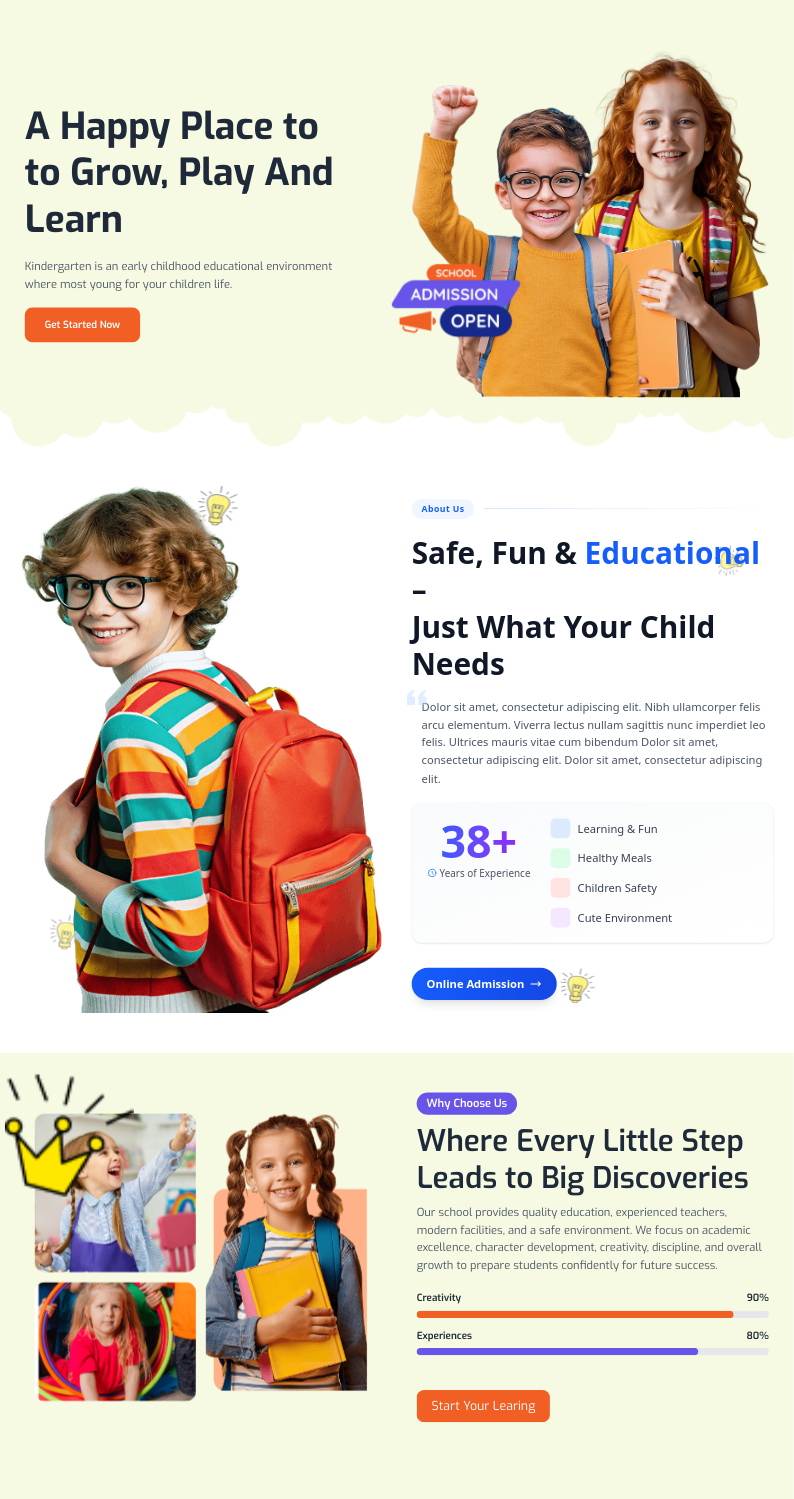
Repository: deepak445566/school
Page: / (app in okwork/)
These files come from the project's save history. The page is drawn as it stood at one moment and after the next save; the edit follows.
The browser window is 1280 px wide. The pictures show the whole page, at 62% of full size.
Some web fonts or font styles are not loaded; a fallback is used. The project was rebuilt for these pictures with package versions that can differ from the ones it lists, and the page was loaded fresh each time. Some packages were replaced by stand-ins written for this rebuild. Also part of the build but not shown: okwork/vite.config.js.

Above is the page before, as saved 2026-02-18 19:09:20.

### okwork/index.html
<!doctype html>
<html lang="en">
  <head>
    <meta charset="UTF-8" />
    <link rel="icon" type="image/svg+xml" href="/vite.svg" />
    <meta name="viewport" content="width=device-width, initial-scale=1.0" />
    <title>okwork</title>
    <link rel="preconnect" href="https://fonts.googleapis.com">
<link rel="preconnect" href="https://fonts.gstatic.com" crossorigin>
<link href="https://fonts.googleapis.com/css2?family=Abril+Fatface&family=Alan+Sans:wght@300..900&family=Big+Shoulders:opsz,wght@10..72,100..900&family=Exo+2:ital,wght@0,100..900;1,100..900&family=Exo:ital,wght@0,100..900;1,100..900&family=Montserrat:ital,wght@0,100..900;1,100..900&family=Orbitron:wght@400..900&family=Poppins:ital,wght@0,100;0,200;0,300;0,400;0,500;0,600;0,700;0,800;0,900;1,100;1,200;1,300;1,400;1,500;1,600;1,700;1,800;1,900&family=Prata&family=Rajdhani:wght@300;400;500;600;700&display=swap" rel="stylesheet">
  </head>
  <body>
    <div id="root"></div>
    <script type="module" src="/src/main.jsx"></script>
  </body>
</html>

### okwork/src/index.css
@import "tailwindcss";


.exo {
  font-family: "Exo", sans-serif;

  font-style: normal;
}

### okwork/src/App.jsx
import React from 'react'
import Home from './components/Home'
import About from './components/About'
import WhyChooseUs from './components/WhyChooseUs'

function App() {
  return (
    <>
    <Home/>
    <About/>
    <WhyChooseUs/>
    </>
  )
}

export default App

### okwork/src/components/Home.jsx
import React from "react";

const Home = () => {
  // Image URL - using a high-quality free image
  const imageUrl =
    "/images/hero1.png";
  const kalagiImageUrl = "/images/text.png";
  return (
    <div className="min-h-screen bg-[#F7FAE2] overflow-hidden exo relative ">
      {/* Main container - centered with responsive padding */}
      <div className="container mx-auto px-6 py-12 md:px-12 lg:px-10 min-h-screen flex items-center relative z-10">

        {/* Flex container: column on mobile, row on desktop */}
        <div className="flex flex-col md:flex-row items-center gap-12 lg:gap-5 w-full">

          {/* LEFT SECTION: 40% width */}
          <div className="w-full md:w-[45%] text-center md:text-left space-y-6 md:space-y-6">
            {/* Heading with gradient effect */}
            <h1 className="text-4xl text-gray-800 md:text-5xl lg:text-6xl font-bold leading-tight exo">
             A Happy Place to
              <br />
              <span className="text-gray-800">to Grow, Play And </span>
              <br />
              <span className="text-gray-800">   Learn</span>
            </h1>

            {/* Paragraph description */}
            <p className="text-lg md:text-lg text-gray-600 max-w-2xl mx-auto md:mx-0">
           Kindergarten is an early childhood educational environment where
most young for your children life.
            </p>

            {/* Button with hover effects */}
            <div className="flex justify-center md:justify-start">
              <button className="group relative px-8 py-4 bg-[#F15F25] text-white font-semibold rounded-xl float hover:shadow-xl hover:transform hover:-translate-y-1 transition-all duration-300 ease-in-out">
                <span className="relative z-10">Get Started Now</span>
              </button>
            </div>
          </div>

          {/* RIGHT SECTION: 60% width */}
          <div className="w-full md:w-[55%] flex justify-center md:justify-end">
            <div className="relative w-full max-w-md lg:max-w-xl ">
              {/* Main image */}
              <img
                src={imageUrl}
                alt="Team collaboration in modern workspace"
                className="relative z-10 w-full h-auto rounded-2xl object-cover "
              />
               <img
                src={kalagiImageUrl}
                alt="Decorative element"
                className="absolute bottom-0 left-7 lg:left-0 z-20 w-24 h-24 md:w-52 md:h-52 object-contain -translate-x-4 -translate-y-4 animate-bounce-slow"
              />
            </div>
          </div>
        </div>

      </div>
        <div className=" absolute bottom-0  z-1000">
          <img src="/images/hero-line.png" className="w-full"/>
        </div>

      {/* Add custom animation keyframes */}
       <style jsx>{`
        @keyframes blob {
          0% { transform: translate(0px, 0px) scale(1); }
          33% { transform: translate(30px, -50px) scale(1.1); }
          66% { transform: translate(-20px, 20px) scale(0.9); }
          100% { transform: translate(0px, 0px) scale(1); }
        }

        @keyframes float {
          0% {
            transform: translateY(0px);
          }
          50% {
            transform: translateY(-20px);
          }
          100% {
            transform: translateY(0px);
          }
        }

        @keyframes bounce-slow {
          0%, 100% {
            transform: translate(-1rem, -1rem) translateY(0);
          }
          50% {
            transform: translate(-1rem, -1rem) translateY(-20px);
          }
        }

        .animate-blob {
          animation: blob 7s infinite;
        }

        .animate-float {
          animation: float 6s ease-in-out infinite;
        }

        .animate-bounce-slow {
          animation: bounce-slow 4s ease-in-out infinite;
        }

        .animation-delay-2000 {
          animation-delay: 2s;
        }
      `}</style>
    </div>
  );
};

export default Home;

### okwork/src/components/About.jsx
import React from 'react';

// Import images at the top for easy path management


const About = () => {
  const bulbIcon =
    "/images/tubelight.png";
    const starIcon =
    "/images/tubelight.png";
    const aboutImage =
    "/images/about-1.png";
  return (
    <div className="max-w-7xl mx-auto px-4 sm:px-6 lg:px-8 py-12 md:py-16 relative">
      {/* Animated elements - increased size */}
      <div className="absolute top-20 left-1/4 animate-bounce">
        <img src={bulbIcon} alt="bulb" className="w-16 h-16 opacity-50" />
      </div>
      <div className="absolute bottom-20 right-1/4 animate-pulse">
        <img src={starIcon} alt="star" className="w-14 h-14 opacity-50" />
      </div>
      <div className="absolute top-40 right-20 animate-spin-slow">
        <img src={starIcon} alt="star" className="w-12 h-12 opacity-40" />
      </div>
      <div className="absolute bottom-40 left-20 animate-float">
        <img src={bulbIcon} alt="bulb" className="w-14 h-14 opacity-40" />
      </div>

      <div className="flex flex-col lg:flex-row gap-8 lg:gap-12 items-center relative z-10">
        {/* Left side - Image */}
        <div className="lg:w-1/2 w-full">
          <img
            src={aboutImage}
            alt="About Us"
            className="w-full h-auto rounded-lg object-cover "
          />
        </div>

        {/* Right side - Content */}
        <div className="lg:w-1/2 w-full space-y-6">
          {/* About Us Label with decorative line */}
          <div className="flex items-center gap-4">
            <span className="text-sm font-semibold text-blue-600 tracking-wider bg-blue-50 px-4 py-1.5 rounded-full">
              About Us
            </span>
            <div className="h-px flex-1 bg-gradient-to-r from-blue-200 to-transparent"></div>
          </div>

          {/* Main Heading */}
          <h1 className="font-helvetica text-4xl md:text-5xl font-bold text-gray-900 leading-tight">
            Safe, Fun & <span className="text-blue-600">Educational</span> –<br />
            Just What Your Child Needs
          </h1>

          {/* Description with quote icon */}
          <div className="relative">
            <svg className="absolute -top-4 -left-2 w-8 h-8 text-blue-200 opacity-50" fill="currentColor" viewBox="0 0 24 24">
              <path d="M14.017 21v-7.391c0-5.704 3.731-9.57 8.983-10.609l.995 2.151c-2.432.917-3.995 3.638-3.995 5.849h4v10h-9.983zm-14.017 0v-7.391c0-5.704 3.748-9.57 9-10.609l.996 2.151c-2.433.917-3.996 3.638-3.996 5.849h3.983v10h-9.983z" />
            </svg>
            <p className="text-gray-600 text-base md:text-lg leading-relaxed pl-4">
              Dolor sit amet, consectetur adipiscing elit. Nibh ullamcorper felis arcu elementum.
              Viverra lectus nullam sagittis nunc imperdiet leo felis. Ultrices mauris vitae cum
              bibendum Dolor sit amet, consectetur adipiscing elit. Dolor sit amet, consectetur
              adipiscing elit.
            </p>
          </div>

          {/* Stats and Features - Improved UI */}
          <div className="bg-gradient-to-br from-gray-50 to-white p-6 rounded-2xl border border-gray-100 shadow-sm">
            <div className="flex flex-wrap items-start gap-8">
              {/* Left side - 38+ Experience with improved styling */}
              <div className="flex-shrink-0 text-center">
                <div className="text-6xl md:text-7xl font-bold text-transparent bg-clip-text bg-gradient-to-r from-blue-600 to-purple-600">
                  38+
                </div>
                <div className="text-gray-600 mt-1 font-medium flex items-center gap-1">
                  <svg className="w-4 h-4 text-blue-500" fill="none" stroke="currentColor" viewBox="0 0 24 24">
                    <path strokeLinecap="round" strokeLinejoin="round" strokeWidth={2} d="M12 8v4l3 3m6-3a9 9 0 11-18 0 9 9 0 0118 0z" />
                  </svg>
                  Years of Experience
                </div>
              </div>

              {/* Right side - Features list with improved styling */}
              <div className="space-y-4 flex-1">
                {/* Learning & Fun */}
                <div className="flex items-center gap-3 group hover:translate-x-1 transition-transform duration-300">
                  <div className="w-8 h-8 bg-blue-100 rounded-lg flex items-center justify-center group-hover:bg-blue-200 transition-colors">

                  </div>
                  <span className="text-gray-700 text-lg font-medium">Learning & Fun</span>
                </div>

                {/* Healthy Meals */}
                <div className="flex items-center gap-3 group hover:translate-x-1 transition-transform duration-300">
                  <div className="w-8 h-8 bg-green-100 rounded-lg flex items-center justify-center group-hover:bg-green-200 transition-colors">

                  </div>
                  <span className="text-gray-700 text-lg font-medium">Healthy Meals</span>
                </div>

                {/* Children Safety */}
                <div className="flex items-center gap-3 group hover:translate-x-1 transition-transform duration-300">
                  <div className="w-8 h-8 bg-red-100 rounded-lg flex items-center justify-center group-hover:bg-red-200 transition-colors">

                  </div>
                  <span className="text-gray-700 text-lg font-medium">Children Safety</span>
                </div>

                {/* Cute Environment */}
                <div className="flex items-center gap-3 group hover:translate-x-1 transition-transform duration-300">
                  <div className="w-8 h-8 bg-purple-100 rounded-lg flex items-center justify-center group-hover:bg-purple-200 transition-colors">

                  </div>
                  <span className="text-gray-700 text-lg font-medium">Cute Environment</span>
                </div>
              </div>
            </div>
          </div>

          {/* Online Admission Link with improved styling */}
          <div className="pt-4">
            <a
              href="#"
              className="inline-flex items-center gap-2 text-lg font-semibold text-white bg-gradient-to-r from-blue-600 to-blue-700 hover:from-blue-700 hover:to-blue-800 px-6 py-3 rounded-full shadow-lg hover:shadow-xl transition-all duration-300 group"
            >
              Online Admission
              <svg className="w-5 h-5 group-hover:translate-x-1 transition-transform" fill="none" stroke="currentColor" viewBox="0 0 24 24">
                <path strokeLinecap="round" strokeLinejoin="round" strokeWidth={2} d="M17 8l4 4m0 0l-4 4m4-4H3" />
              </svg>
            </a>
          </div>
        </div>
      </div>

      {/* Add custom animations to your global CSS */}
      <style jsx>{`
        @keyframes spin-slow {
          from {
            transform: rotate(0deg);
          }
          to {
            transform: rotate(360deg);
          }
        }
        .animate-spin-slow {
          animation: spin-slow 8s linear infinite;
        }

        @keyframes float {
          0%, 100% {
            transform: translateY(0px);
          }
          50% {
            transform: translateY(-20px);
          }
        }
        .animate-float {
          animation: float 5s ease-in-out infinite;
        }
      `}</style>
    </div>
  );
};

export default About;

### okwork/src/components/WhyChooseUs.jsx
import React from "react";

const WhyChooseUs = () => {
  return (
    <div className="min-h-screen bg-[#F7FAE2] overflow-hidden exo py-16">
      <div className="container mx-auto px-6 md:px-12 lg:px-10">

        {/* Flex container: column on mobile, row on desktop */}
        <div className="flex flex-col md:flex-row items-center gap-12 lg:gap-16">

          {/* LEFT SECTION - Pinterest style 3 images */}
          <div className="w-full md:w-1/2 relative">
            <div className="grid grid-cols-2 gap-4 lg:p-4">
              {/* Left column - 2 images stacked */}
              <div className="space-y-4">
                {/* Top left image */}
                <div className="relative overflow-hidden rounded-2xl transition-all duration-300 transform hover:-translate-y-1">
                  <img
                    src="/images/choose2.jpg" // Replace with your image path
                    alt="Pinterest style 1"
                    className="w-full h-64 object-cover"
                  />
                </div>

                {/* Bottom left image */}
                <div className="relative overflow-hidden rounded-2xl transition-all duration-300 transform hover:-translate-y-1">
                  <img
                    src="/images/choose1.png" // Replace with your image path
                    alt="Pinterest style 2"
                    className="w-full h-48 object-cover"
                  />
                </div>
              </div>

              {/* Right column - 1 tall image */}
              <div className="relative overflow-hidden rounded-2xl transition-all duration-300 transform hover:-translate-y-1 ">
                <img
                  src="/images/choose3.png" // Replace with your image path
                  alt="Pinterest style 3"
                  className="w-full h-[28rem] object-cover"
                />
              </div>
            </div>
            <div>
             <img
                src="/images/coun-shape.png"
                alt="Decorative element"
                className="absolute top-0 left-7 lg:left-0 z-20 w-24 h-24 md:w-52 md:h-52 object-contain -translate-x-4 -translate-y-4 animate-bounce-slow "
              />
            </div>
          </div>

          {/* RIGHT SECTION - Content (same as before) */}
          <div className="w-full md:w-1/2 space-y-3 exo">
            {/* Small heading */}
            <h2 className="text-white bg-[#6754E9] rounded-4xl w-fit  text-lg  px-4  py-1 font-semibold ">
              Why Choose Us
            </h2>

            {/* Main heading */}
            <h1 className="text-3xl md:text-4xl lg:text-5xl font-semibold text-gray-800 leading-tight">
              Where Every Little Step <br />
              Leads to Big Discoveries
            </h1>

            {/* Description */}
            <p className="text-gray-600 text-base md:text-lg max-w-2xl ">
             Our school provides quality education, experienced teachers, modern facilities, and a safe environment. We focus on academic excellence, character development, creativity, discipline, and overall growth to prepare students confidently for future success.
            </p>

            {/* Early Learning section */}
            <div className="space-y-4 pt-4">


              {/* Progress bars */}
              <div className="space-y-4 pt-">
                {/* Creativity */}
                <div className="space-y-2">
                  <div className="flex justify-between items-center">
                    <span className="text-gray-800 font-semibold">Creativity</span>
                    <span className="text-gray-800 font-semibold">90%</span>
                  </div>
                  <div className="w-full h-3 bg-gray-200 rounded-full overflow-hidden">
                    <div
                      className="h-full bg-[#F15F25] rounded-full"
                      style={{ width: '90%' }}
                    ></div>
                  </div>
                </div>

                {/* Experiences */}
                <div className="space-y-2">
                  <div className="flex justify-between items-center">
                    <span className="text-gray-800 font-semibold">Experiences</span>
                    <span className="text-gray-800 font-semibold">80%</span>
                  </div>
                  <div className="w-full h-3 bg-gray-200 rounded-full overflow-hidden">
                    <div
                      className="h-full bg-[#6754E9] rounded-full"
                      style={{ width: '80%' }}
                    ></div>
                  </div>
                </div>
              </div>
               <button className="group relative px-6 py-3 bg-[#F15F25] text-xl text-white  rounded-xl float hover:shadow-xl hover:transform hover:-translate-y-1 transition-all duration-300 ease-in-out mt-10">
                <span className="relative z-10">Start Your Learing</span>
              </button>
            </div>
          </div>
        </div>

      </div>
    </div>
  );
};

export default WhyChooseUs;

Loaded but not shown: okwork/src/main.jsx (common file)

After the next save:
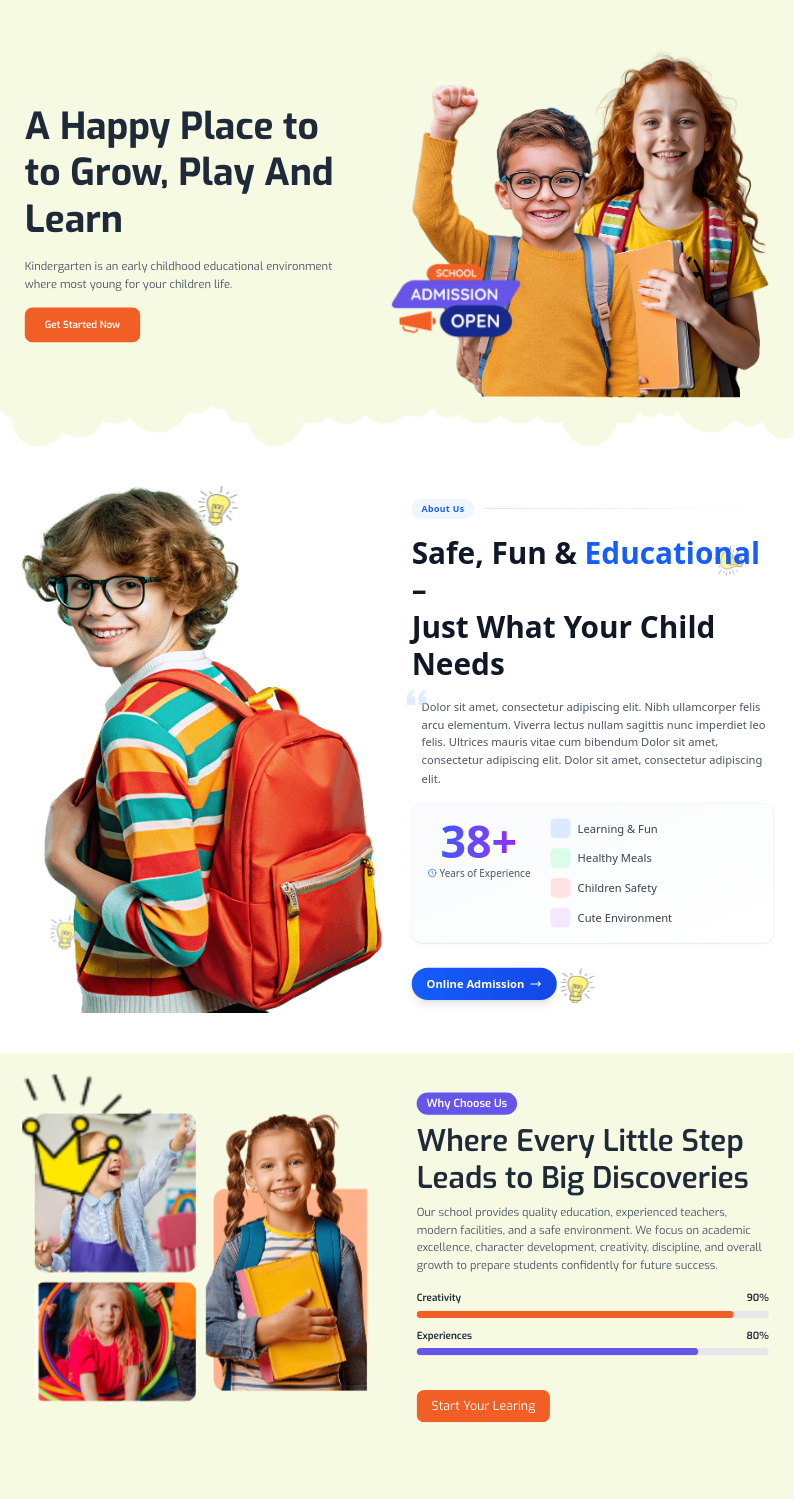
Saved 10 s later.
--- a/okwork/src/components/WhyChooseUs.jsx
+++ b/okwork/src/components/WhyChooseUs.jsx
@@ -45,7 +45,7 @@
              <img
                 src="/images/coun-shape.png"
                 alt="Decorative element"
-                className="absolute top-0 left-7 lg:left-0 z-20 w-24 h-24 md:w-52 md:h-52 object-contain -translate-x-4 -translate-y-4 animate-bounce-slow "
+                className="absolute top-0 left-7 left-0 z-20 w-24 h-24 md:w-52 md:h-52 object-contain -translate-x-4 -translate-y-4 animate-bounce-slow "
               />
             </div>
           </div>

After the save that followed:
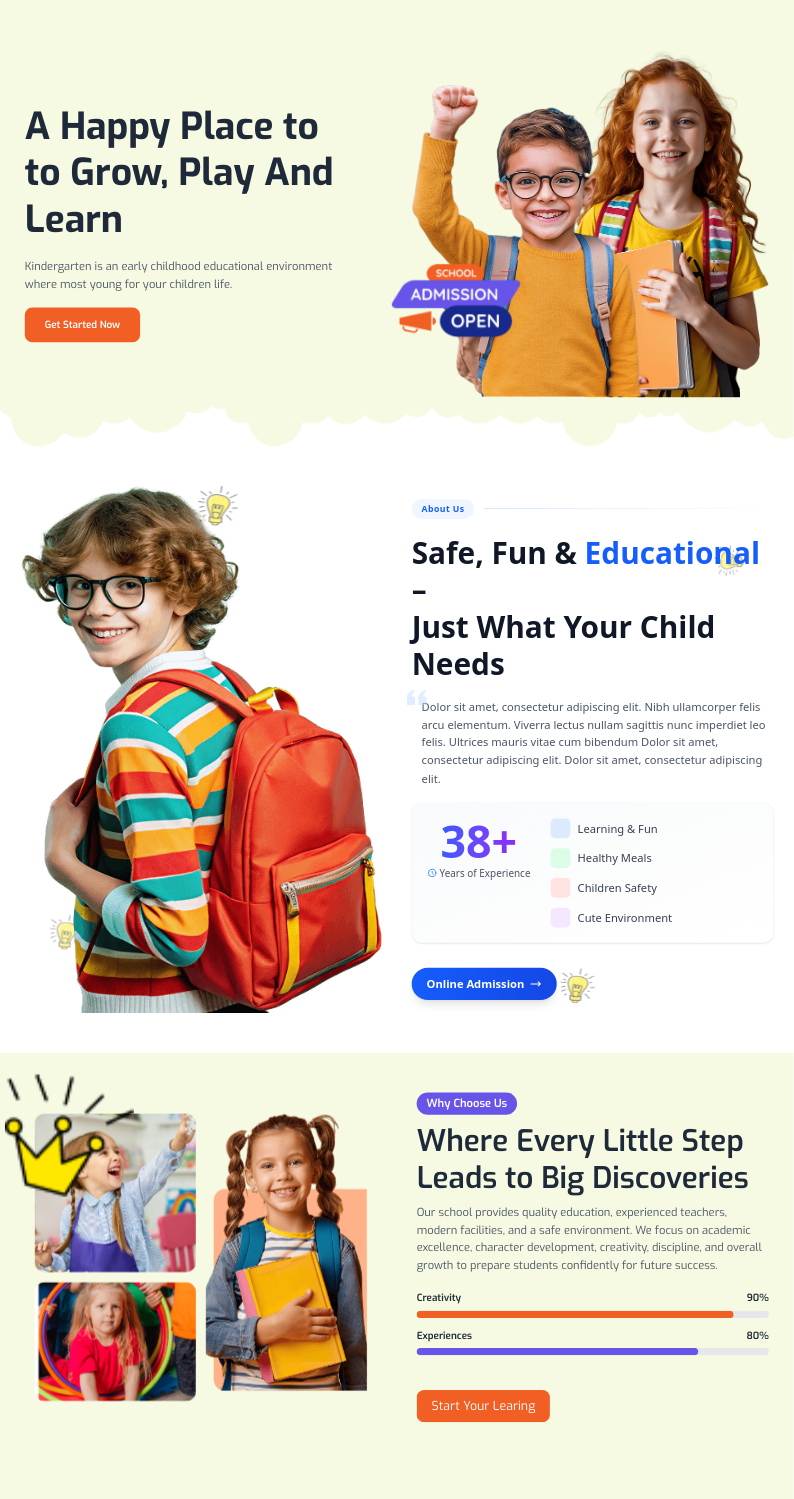
Saved 6 s later.
--- a/okwork/src/components/WhyChooseUs.jsx
+++ b/okwork/src/components/WhyChooseUs.jsx
@@ -45,7 +45,7 @@
              <img
                 src="/images/coun-shape.png"
                 alt="Decorative element"
-                className="absolute top-0 left-7 left-0 z-20 w-24 h-24 md:w-52 md:h-52 object-contain -translate-x-4 -translate-y-4 animate-bounce-slow "
+                className="absolute top-0 left-7 lg:left-0 z-20 w-24 h-24 md:w-52 md:h-52 object-contain -translate-x-4 -translate-y-4 animate-bounce-slow "
               />
             </div>
           </div>
